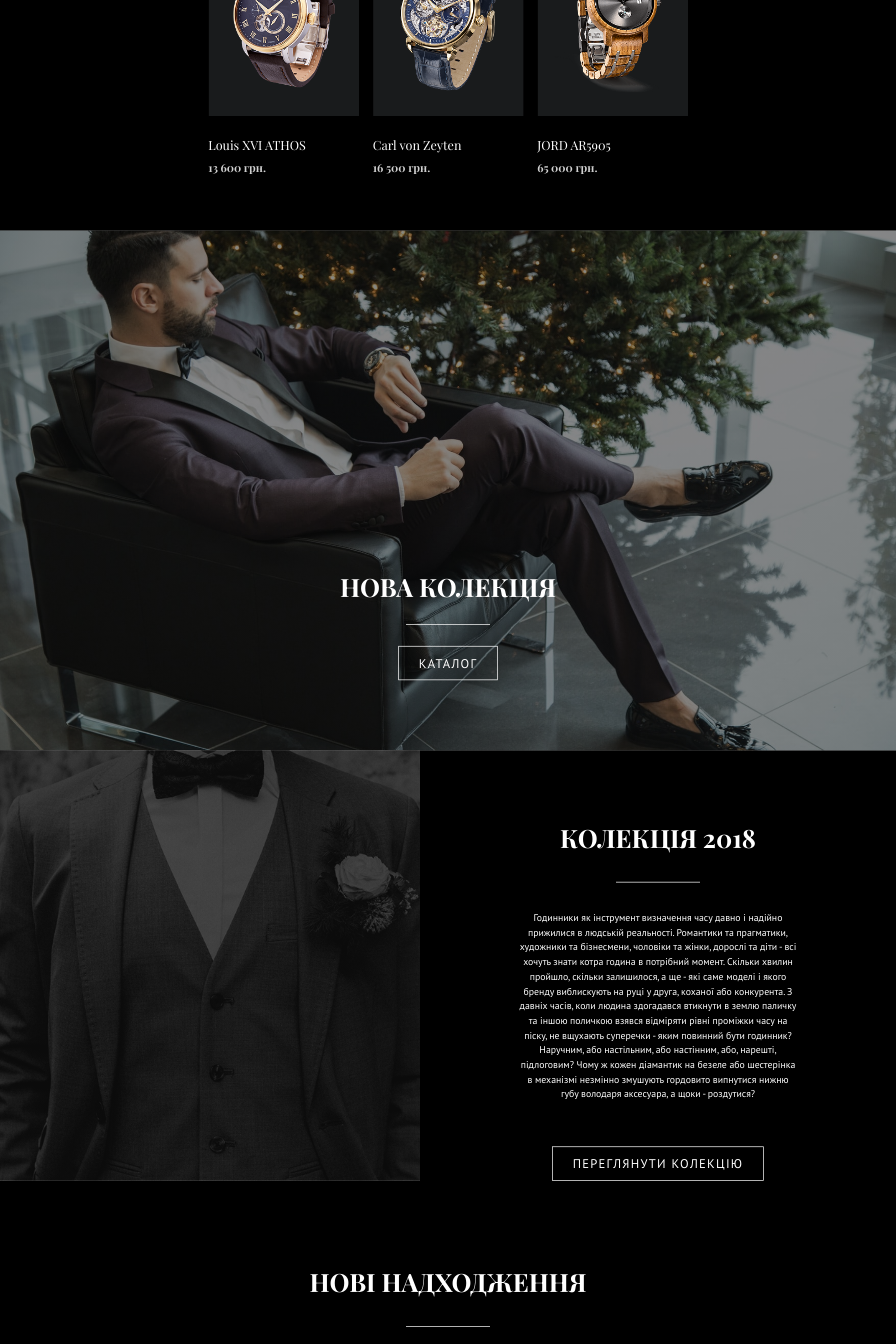
Repository: KYUUBI-K/porten
Page: index.html
An editor plug-in stored every save of this project. The page is shown before and after a run of saves, followed by the edit.
The browser window is 1280 px wide. The pictures show the part of the page from y = 1304 to 3224 px (the page is 6726 px tall before and 6745 px after), at 70% of full size.

Above is the page before, as saved 2025-09-18 17:00:48.

### index.html
<!DOCTYPE html>
<html lang="en">
  <head>
    <meta charset="UTF-8" />
    <meta name="viewport" content="width=device-width, initial-scale=1.0" />
    <title>PORTEN</title>
    <link rel="stylesheet" href="./styles.css" />
    <script defer src="./index.js"></script>
  </head>
  <body>
    <header class="header">
      <div class="top-line">
        <div class="wrapper">
          <div class="top-line-content">
            <div class="info">
              <svg
                width="16"
                height="16"
                viewBox="0 0 16 16"
                fill="none"
                xmlns="http://www.w3.org/2000/svg"
              >
                <path
                  d="M11.6 14.6667C8.87817 14.6631 6.26886 13.5803 4.34425 11.6557C2.41964 9.73112 1.33684 7.1218 1.33331 4.39999C1.33331 3.58666 1.65641 2.80665 2.23152 2.23153C2.80663 1.65642 3.58665 1.33333 4.39998 1.33333C4.57221 1.33202 4.74415 1.34765 4.91331 1.37999C5.07685 1.4042 5.23762 1.44439 5.39331 1.49999C5.50281 1.53841 5.60039 1.60475 5.67639 1.69244C5.75239 1.78014 5.80418 1.88615 5.82665 1.99999L6.73998 5.99999C6.7646 6.10857 6.76163 6.22158 6.73136 6.32872C6.70108 6.43585 6.64445 6.5337 6.56665 6.61333C6.47998 6.70666 6.47331 6.71333 5.65331 7.13999C6.30998 8.58057 7.46211 9.73743 8.89998 10.4C9.33331 9.57333 9.33998 9.56666 9.43331 9.47999C9.51294 9.40219 9.61079 9.34556 9.71792 9.31528C9.82506 9.28501 9.93807 9.28204 10.0466 9.30666L14.0466 10.22C14.1568 10.2456 14.2587 10.2988 14.3427 10.3746C14.4267 10.4504 14.49 10.5463 14.5266 10.6533C14.5829 10.8116 14.6253 10.9744 14.6533 11.14C14.6801 11.3075 14.6935 11.477 14.6933 11.6467C14.681 12.4565 14.3488 13.2286 13.7693 13.7944C13.1897 14.3602 12.4099 14.6738 11.6 14.6667V14.6667ZM4.39998 2.66666C3.94081 2.66842 3.50095 2.8516 3.17627 3.17628C2.85158 3.50097 2.6684 3.94083 2.66665 4.39999C2.66841 6.76872 3.61017 9.03992 5.28511 10.7149C6.96005 12.3898 9.23125 13.3316 11.6 13.3333C12.0591 13.3316 12.499 13.1484 12.8237 12.8237C13.1484 12.499 13.3316 12.0592 13.3333 11.6V11.38L10.24 10.6667L10.0466 11.0333C9.74665 11.6133 9.52665 12.0333 8.96665 11.8067C7.8619 11.4112 6.85911 10.7747 6.03114 9.94325C5.20316 9.11181 4.57079 8.10638 4.17998 6.99999C3.93998 6.47999 4.39331 6.23999 4.96665 5.93999L5.33331 5.75999L4.61998 2.66666H4.39998Z"
                  fill="white"
                />
              </svg>
              <div>
                <span>8 (812) 123-45-67</span>
                <span class="top-line-info-text"
                  >Працюємо 7 днів на тиждень</span
                >
                <span>9:00 — 18:00</span>
              </div>
            </div>
            <div class="login">
              <svg
                width="14"
                height="14"
                viewBox="0 0 14 14"
                fill="none"
                xmlns="http://www.w3.org/2000/svg"
              >
                <path
                  d="M5.25001 1.16675H10.5C11.1417 1.16675 11.6667 1.69175 11.6667 2.33341V11.6667C11.6667 12.3084 11.1417 12.8334 10.5 12.8334H5.25001C4.60834 12.8334 4.08334 12.3084 4.08334 11.6667V10.5001H5.25001V11.6667H10.5V2.33341H5.25001V3.50008H4.08334V2.33341C4.08334 1.69175 4.60834 1.16675 5.25001 1.16675Z"
                  fill="white"
                />
                <path
                  d="M5.88583 9.09409L6.70833 9.91659L9.625 6.99992L6.70833 4.08325L5.88583 4.90575L7.39083 6.41659H1.75V7.58325H7.39083L5.88583 9.09409Z"
                  fill="white"
                />
              </svg>
              Вхід / Реєстрація
            </div>
          </div>
        </div>
      </div>
      <div class="bot-line">
        <div class="wrapper">
          <div class="bot-line-content">
            <div class="header-logo">PORTEN</div>
            <nav class="header-menu">
              <ul class="header-menu-list">
                <li class="header-menu-item">
                  <a class="header-menu-link is-active" href="#liked"
                    >cподобалось</a
                  >
                </li>
                <li class="header-menu-item">
                  <a class="header-menu-link" href="#office"
                    >Особистий кабінет</a
                  >
                </li>
                <li class="header-menu-item">
                  <a class="header-menu-link" href="#settings">налаштування</a>
                </li>
              </ul>
              <div class="burger">
                <span class="humb"></span>
              </div>
              <svg
                width="22"
                height="22"
                viewBox="0 0 22 22"
                fill="none"
                xmlns="http://www.w3.org/2000/svg"
              >
                <path
                  d="M20.0035 6.81175C19.9192 6.6899 19.8066 6.59031 19.6754 6.5215C19.5441 6.45269 19.3982 6.41672 19.25 6.41667H6.72193L5.66409 3.8775C5.52539 3.54312 5.29052 3.25746 4.98927 3.05673C4.68801 2.856 4.33393 2.74925 3.97193 2.75H1.83334V4.58334H3.97193L8.32059 15.0196C8.39025 15.1866 8.50775 15.3292 8.65831 15.4295C8.80887 15.5298 8.98575 15.5834 9.16668 15.5833H16.5C16.8823 15.5833 17.2242 15.3459 17.3589 14.9893L20.1089 7.656C20.1609 7.51724 20.1785 7.36794 20.1601 7.22091C20.1417 7.07387 20.088 6.93348 20.0035 6.81175ZM15.8648 13.75H9.77809L7.48643 8.25H17.9273L15.8648 13.75Z"
                  fill="white"
                />
                <path
                  d="M9.625 19.25C10.3844 19.25 11 18.6344 11 17.875C11 17.1156 10.3844 16.5 9.625 16.5C8.86561 16.5 8.25 17.1156 8.25 17.875C8.25 18.6344 8.86561 19.25 9.625 19.25Z"
                  fill="white"
                />
                <path
                  d="M16.0417 19.25C16.8011 19.25 17.4167 18.6344 17.4167 17.875C17.4167 17.1156 16.8011 16.5 16.0417 16.5C15.2823 16.5 14.6667 17.1156 14.6667 17.875C14.6667 18.6344 15.2823 19.25 16.0417 19.25Z"
                  fill="white"
                />
              </svg>
              <svg
                width="22"
                height="22"
                viewBox="0 0 22 22"
                fill="none"
                xmlns="http://www.w3.org/2000/svg"
              >
                <path
                  d="M19.25 17.4167L14.5255 12.6922C15.3989 11.3648 15.7488 9.76053 15.5073 8.18999C15.2658 6.61945 14.4501 5.19437 13.2182 4.19068C11.9864 3.18698 10.4259 2.67606 8.83895 2.75684C7.252 2.83762 5.75147 3.50434 4.62788 4.62794C3.50428 5.75153 2.83755 7.25206 2.75678 8.83901C2.676 10.426 3.18692 11.9864 4.19061 13.2183C5.19431 14.4502 6.61939 15.2658 8.18993 15.5073C9.76047 15.7488 11.3648 15.399 12.6922 14.5256L17.4167 19.2501L19.25 17.4167ZM4.58335 9.16675C4.58335 6.6395 6.63944 4.58341 9.16669 4.58341C11.6939 4.58341 13.75 6.6395 13.75 9.16675C13.75 11.694 11.6939 13.7501 9.16669 13.7501C6.63944 13.7501 4.58335 11.694 4.58335 9.16675Z"
                  fill="white"
                />
              </svg>
            </nav>
          </div>
        </div>
      </div>
    </header>
    <section class="banner">
      <div class="banner-box">
        <h1 class="banner-title">PORTEN</h1>
        <h2 class="banner-subtitle">івано-франківськ</h2>
      </div>
      <div class="banner-info">
        В магазинах Торговельній мережі Porten ви можете купити годинник у
        Бахмуті, Вінниці, Дніпрі, Житомирі, Запоріжжі, Івано-Франківську, Києві,
        Краматорську, Луцьку, Львові, Одесі, Покровську, Полтаві, Рівному,
        Слов'янську, Сумах, Тернополі, Харкові, Херсоні, Хмельницькому,
        Черкасах, Чернівцях, Чернігові , а також багатьох інших містах України
      </div>
    </section>
    <section class="new-collection">
      <aside class="new-season">
        <h2 class="season-title">СЕЗОН 2021/22</h2>

        <ul class="products">
          <li class="product">
            <img src="/images/louis.png" alt="Louis XVI ATHOS" />
            <p class="product-name">Louis XVI ATHOS</p>
            <p class="product-price">13 600 грн.</p>
          </li>
          <li class="product">
            <img src="/images/carl.png" alt="Carl von Zeyten" />
            <p class="product-name">Carl von Zeyten</p>
            <p class="product-price">16 500 грн.</p>
          </li>
          <li class="product">
            <img src="/images/jord.png" alt="JORD AR5905" />
            <p class="product-name">JORD AR5905</p>
            <p class="product-price">65 000 грн.</p>
          </li>
        </ul>
      </aside>
      <aside class="catalog">
        <div class="overlay">
          <h2 class="overlay-title">НОВА КОЛЕКЦІЯ</h2>
          <button type="button" class="button-catalog">Каталог</button>
        </div>
      </aside>
    </section>
    <section class="collection-2018">
      <aside class="collection-img"></aside>
      <aside class="about-collection">
        <h2 class="collection-title">колекція 2018</h2>
        <div>
          <p class="collection-text">
            Годинники як інструмент визначення часу давно і надійно прижилися в
            людській реальності. Романтики та прагматики, художники та
            бізнесмени, чоловіки та жінки, дорослі та діти - всі хочуть знати
            котра година в потрібний момент. Скільки хвилин пройшло, скільки
            залишилося, а ще - які саме моделі і якого бренду виблискують на
            руці у друга, коханої або конкурента. З давніх часів, коли людина
            здогадався втикнути в землю паличку та іншою поличкою взявся
            відміряти рівні проміжки часу на піску, не вщухають суперечки - яким
            повинний бути годинник? Наручним, або настільним, або настінним,
            або, нарешті, підлоговим? Чому ж кожен діамантик на безеле або
            шестерінка в механізмі незмінно змушують гордовито випнутися нижню
            губу володаря аксесуара, а щоки - роздутися?
          </p>
        </div>
        <button type="button" class="collection-button">
          переглянути колекцію
        </button>
      </aside>
    </section>
    <section class="new-goods">
      <div class="wrapper">
        <h2 class="new-goods-title">Нові надходження</h2>
        <ul class="new-products">
          <li class="new-product">
            <img src="/images/carl.png" alt="Carl von Zeyten" />
            <p class="product-name">Carl von Zeyten</p>
            <p class="product-price">16 500 грн.</p>
          </li>
          <li class="new-product">
            <img src="/images/jord.png" alt="JORD AR5905" />
            <p class="product-name">JORD AR5905</p>
            <p class="product-price">65 000 грн.</p>
          </li>
          <li class="new-product">
            <img src="/images/emporio.png" alt="Emporio Armani Sportivo" />
            <p class="product-name">Emporio Armani Sportivo</p>
            <p class="product-price">165 000 грн.</p>
          </li>
          <li class="new-product">
            <img src="/images/Rolex-watch.png" alt="Rolex Oyster Perpetual" />
            <p class="product-name">Rolex Oyster Perpetual</p>
            <p class="product-price">280 000 грн.</p>
          </li>
          <li class="new-product">
            <img src="/images/louis.png" alt="Louis XVI ATHOS" />
            <p class="product-name">Louis XVI ATHOS</p>
            <p class="product-price">13 600 грн.</p>
          </li>
          <li class="new-product">
            <img src="/images/u-Boat.png" alt="U-Boat Italo Fontana" />
            <p class="product-name">U-Boat Italo Fontana</p>
            <p class="product-price">18 700 грн.</p>
          </li>
          <li class="new-product-gucci">
            <img src="/images/gucci.png" alt="Gucci Men's G" />
            <p class="product-name">Gucci Men's G</p>
            <p class="product-price">38 500 грн.</p>
          </li>
          <li class="all-product">
            <a href="#show-all" class="show-all">ПОКАЗАТИ ВСІ</a>
          </li>
        </ul>
      </div>
    </section>
    <section class="useful-info">
      <h2 class="info-title">Статті та корисна інформація</h2>
      <ul class="articles-list">
        <li class="article">
          <img src="/images/image 1.png" alt="" />
          <aside class="article-content">
            <h3 class="article-title">ROGER DUBUIS. ЧАСТИНА 1</h3>
            <p class="article-text">
              Цей чемпіон «гіперхорології» став синонімом надмірності й завдяки
              своїй радикальній скелетонізованій архітектурі неодноразово
              демонструє пристрасть до годинного вуайєризму. У цій серії з
              чотирьох статей описується нещодавня подорож на мануфактуру, де
              можна було спостерігати за виготовленням та оздобленням деталей, а
              також за збіркою та регулюванням годинників компанії.
            </p>
            <div class="article-bottom">
              <button type="button" class="read-button">Читати</button>
              <div class="article-hashtags">
                <p>#ЕКСКЛЮЗИВ</p>
                <p>#ПРОБРЕНД</p>
              </div>
            </div>
          </aside>
        </li>
        <li class="article">
          <img src="/images/image 2.png" alt="" />
          <aside class="article-content">
            <h3 class="article-title">
              ІСТОРІЯ ЛЮКСОВИХ ГОДИННИКІВ. ЧАСТИНА 1
            </h3>
            <p class="article-text">
              Історія люксових годинників зародилася дуже давно, вона веде
              відлік із часів перших годинників у світі. Тоді годинник був
              розкішшю, яку могла собі дозволити лише найвища еліта суспільства.
              Навіть не всім, хто має титул і великі гроші, могли виготовити цей
              розкішний аксесуар. Власне, з того часу мало що змінилося.
            </p>
            <div class="article-bottom">
              <button type="button" class="read-button">Читати</button>
              <div class="article-hashtags">
                <p>#ЕКСКЛЮЗИВ</p>
                <p>#IСТОРIЯ</p>
              </div>
            </div>
          </aside>
        </li>
        <li class="article">
          <img src="/images/image 3.png" alt="" />
          <aside class="article-content">
            <h3 class="article-title">
              ВЕЛИКИЙ ТА СМІЛИВИЙ TISSOT PRS 516 CHRONOGRAPH
            </h3>
            <p class="article-text">
              На початку цього року компанія Tissot оновила модель PRS 516
              Automatic Chronograph, але не пішла вінтажним шляхом. На противагу
              колекції Heritage із переконливими рімейками вінтажних моделей,
              PRS 516 – це сучасний хронограф із зухвалим настроєм, безліччю
              деталей автоспорту й за чудовою ціною.
            </p>
            <div class="article-bottom">
              <button type="button" class="read-button">Читати</button>
              <div class="article-hashtags">
                <p>#ХРОНОГРАФ</p>
                <p>#TISSOT</p>
                <p>#ОГЛЯДГОДИННИКIВ</p>
              </div>
            </div>
          </aside>
        </li>
      </ul>
    </section>
    <section class="partners">
      <h2 class="partners-title">Наші партнери</h2>
      <div class="partners-images">
        <img src="/images/coco.png" alt="" />
        <img src="/images/rolex.png" alt="" />
        <img src="/images/breguel.png" alt="" />
        <img src="/images/haven.png" alt="" />
      </div>
    </section>
    <footer class="footer">
      <div class="footer-top">
        <div class="wrapper">
          <div class="footer-top-content">
            <div class="footer-top-about">
              <div class="footer-top-title">про компанію</div>
              <div class="footer-top-about-text">
                <p>
                  Компанія PORTEN – лідер на українському ринку годинників. На
                  цей час ми об'єднуємо більше сорока магазинів у різних
                  куточках України та інтернет-магазин, який став першим в
                  нашому сегменті ринку. Торгова мережа PORTEN – офіційний
                  дистриб'ютор більше 50 найвідоміших годинникових марок,
                  починаючи від японської CASIO, закінчуючи швейцарськими
                  LONGINES, ZENITH, TAG HEUER. Однак компанія не обмежується
                  лише годинниками – в інтернет-магазині та бутіках мережі ви
                  знайдете прекрасні ювелірні вироби від таких іменитих брендів,
                  як SWAROVSKI и CHRISTINA.
                </p>
              </div>
            </div>
            <div class="footer-top-categories">
              <div class="footer-top-title">Категорії</div>
              <div class="buttons">
                <button type="button" class="button-clocks">годинники</button>
                <button type="button" class="button-clocks">запонки</button>
                <button type="button" class="button-clocks">ремені</button>
                <button type="button" class="button-clocks">
                  ювелірні вироби
                </button>
                <button type="button" class="button-clocks">
                  на замовлення
                </button>
                <button type="button" class="button-clocks">браслети</button>
              </div>
            </div>
            <div class="footer-top-mailing">
              <div class="footer-top-title">розсилка</div>
              <div class="footer-top-mailing-text">
                <p>
                  Компанія пропонує тільки оригінальну продукцію від
                  найвідоміших світових брендів за найкращою ціною. Ми дбаємо
                  про комфорт наших покупців і постійно розширюємо можливості
                  сервісного обслуговування.
                </p>
              </div>
              <form action="#" class="subscribe">
                <input
                  autocomplete="email"
                  name="email"
                  type="email"
                  placeholder="Ваша почта"
                />
                <button type="button" class="button-subscribe">
                  ПІДПИСАТИСЯ
                </button>
              </form>
            </div>
          </div>
        </div>
      </div>

      <div class="wrapper">
        <div class="footer-bot">
          <div>© 2022 PORTEN, Інтернет-магазин годинників</div>
          <a href="#agreement" class="agreement">Угода користувача</a>
        </div>
      </div>
    </footer>
  </body>
</html>

Loaded but not shown: index.js (40 lines, source omitted); styles.css (871 lines, source omitted)

After the next 2 saves:
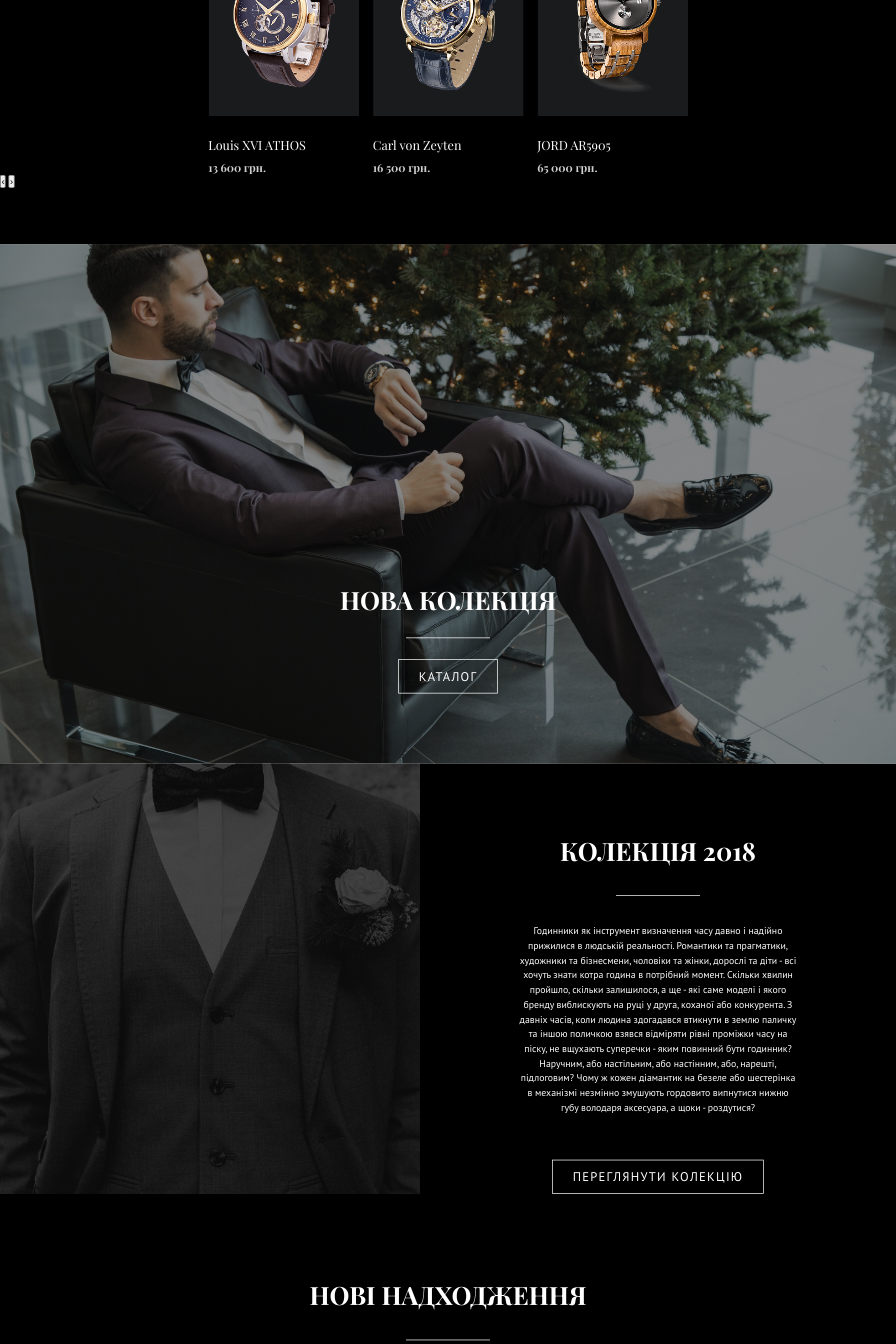
The 2 saves are shown as one change because they came seconds apart.
The last was saved 5 min 44 s later.
--- a/index.html
+++ b/index.html
@@ -132,23 +132,28 @@
       <aside class="new-season">
         <h2 class="season-title">СЕЗОН 2021/22</h2>
 
-        <ul class="products">
-          <li class="product">
-            <img src="/images/louis.png" alt="Louis XVI ATHOS" />
-            <p class="product-name">Louis XVI ATHOS</p>
-            <p class="product-price">13 600 грн.</p>
-          </li>
-          <li class="product">
-            <img src="/images/carl.png" alt="Carl von Zeyten" />
-            <p class="product-name">Carl von Zeyten</p>
-            <p class="product-price">16 500 грн.</p>
-          </li>
-          <li class="product">
-            <img src="/images/jord.png" alt="JORD AR5905" />
-            <p class="product-name">JORD AR5905</p>
-            <p class="product-price">65 000 грн.</p>
-          </li>
-        </ul>
+        <div class="slider">
+          <ul class="products">
+            <li class="product">
+              <img src="images/louis.png" alt="Louis XVI ATHOS" />
+              <p class="product-name">Louis XVI ATHOS</p>
+              <p class="product-price">13 600 грн.</p>
+            </li>
+            <li class="product">
+              <img src="images/carl.png" alt="Carl von Zeyten" />
+              <p class="product-name">Carl von Zeyten</p>
+              <p class="product-price">16 500 грн.</p>
+            </li>
+            <li class="product">
+              <img src="images/jord.png" alt="JORD AR5905" />
+              <p class="product-name">JORD AR5905</p>
+              <p class="product-price">65 000 грн.</p>
+            </li>
+          </ul>
+
+          <button class="prev">‹</button>
+          <button class="next">›</button>
+        </div>
       </aside>
       <aside class="catalog">
         <div class="overlay">
